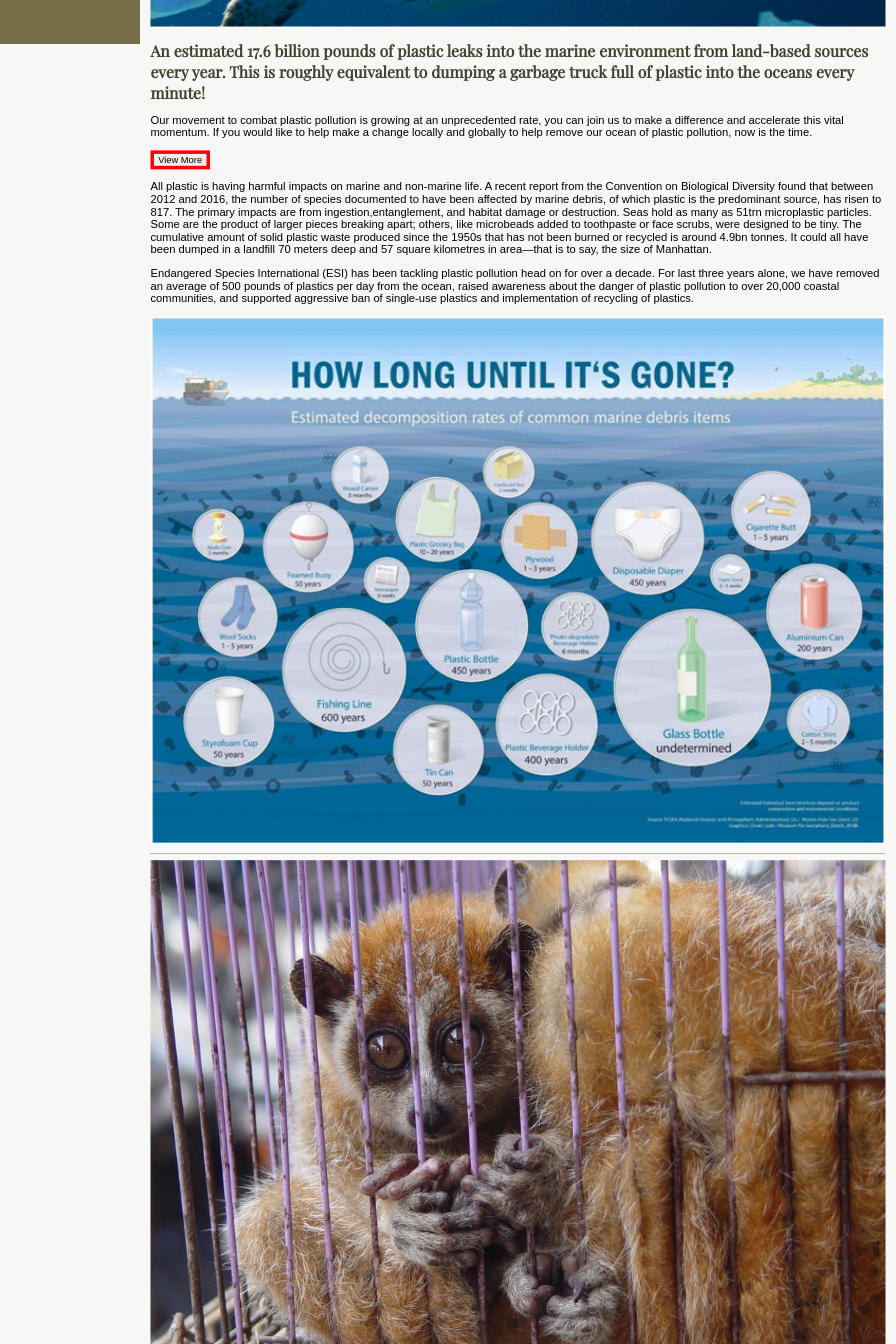
Repository: jlsorgel/smc_WD2_spring20
Page: final/blog.html
An editor plug-in stored every save of this project. The page is shown before and after the next save, followed by the edit.
The browser window is 1280 px wide. The pictures show the part of the page from y = 677 to 2597 px (the page is 4042 px tall before and 2017 px after), at 70% of full size.
After loading, the first visible `#toggle1` was clicked once.
Some web fonts or font styles are not loaded; a fallback is used. Some web libraries are served in a nearby version.

Above is the page before, as saved 2020-06-14 20:03:35.

### final/blog.html
<!DOCTYPE html>
<html lang="en">

<head>
  <meta charset="UTF-8">
  <meta name="viewport" content="width=device-width, initial-scale=1.0">
  <title>Endangered Species International</title>

  <link href="https://fonts.googleapis.com/css2?family=Montserrat|Open+Sans|Playfair+Display|aleway display=swap"
    rel="stylesheet">



  <link rel="stylesheet" href="http://code.jquery.com/ui/1.12.1/themes/base/jquery-ui.css">


  </script>

  <link rel="stylesheet" href="main.css">


  <script src="https://ajax.googleapis.com/ajax/libs/jquery/3.5.1/jquery.min.js"></script>
  <script src="https://code.jquery.com/jquery-1.12.4.js"></script>
  <script src="https://code.jquery.com/ui/1.12.1/jquery-ui.js"></script>



</head>

<body>


  <header>
    <!-- NAV+ HEADER STARTS HERE!!!!! -->



    <div id="side_nav" class="side-nav">
      <a href="javascript:void(0)" class="closebtn" onclick="closeNav()">&times;</a>

      <img class="logo" src="images/logobrown.jpg" alt="ESI Logo">

      <a href="index.html">Home</a>
      <a href="blog.html">Blog</a>
      <a href="about.html">About Us</a>
      <a href="comingsoon.html">Get Involved</a>
      <a href="comingsoon.html">Our Projects</a>


      <a class="donate-link" href="donate.html">Donate</a>
    </div>


    <div class="nav-container">
      <img class="nav-logo" src="images/logobrowncrop.jpg" alt="Esi white logo">
      <span id="openNav"><img src="images/open-menuwhite.png" alt="menu"></span>



    </div>

  </header><!-- END NAV + HEADER END -->










  <!-- BODY CONTENT STARTS HEREE! -->


  <div id="main">

    <div class="blog-container">



      <!-- Blog Post 1 Platic in Ocean -->

      <img class="blog-heroimage" src="images/turtle.jpg" alt="Turtle">
      <h1>An estimated 17.6 billion pounds of plastic leaks into the marine environment from land-based sources every
        year. This is
        roughly equivalent to dumping a garbage truck full of plastic into the oceans every minute! </h1>
      <!-- Our movement to combat plastic pollution is growing at an unprecedented rate -->

      <p class="">Our movement to combat plastic pollution is growing at an unprecedented rate, you can join
        us to make a
        difference and
        accelerate this vital momentum. If you would like to help make a change locally and globally to help remove our
        ocean of
        plastic pollution, now is the time.</p>


      <button id="toggle1"> View More</button>

      <div class="toggle-content">
        <p class="">
          All plastic is having harmful impacts on marine and non-marine life. A recent report from the Convention on
          Biological Diversity found that between 2012 and 2016, the number of species documented to have been affected
          by marine debris, of which plastic is the predominant source, has risen to 817. The primary impacts are from
          ingestion,entanglement, and habitat damage or destruction. Seas hold as many as 51trn microplastic particles.
          Some are the product of larger pieces
          breaking apart; others, like microbeads added to toothpaste or face scrubs, were designed to be tiny. The
          cumulative amount of solid plastic waste produced since the 1950s that has not been burned or recycled is
          around 4.9bn tonnes. It could all have been dumped in a landfill 70 meters deep and 57 square kilometres in
          area—that is to say, the size of Manhattan.
        </p>

        <p>Endangered Species International (ESI) has been tackling plastic pollution head on for over a decade. For
          last three years alone, we have removed an average of 500 pounds of plastics per day from the ocean, raised
          awareness about the danger of plastic pollution to over 20,000 coastal communities, and supported aggressive
          ban of single-use plastics and
          implementation of recycling of plastics.</p>

        <img class="blog-image" src="images/recycle.jpg" alt="Turtle">
      </div>
      <hr>







      <!-- BLOG POST 2! Stop Illegal Wildlife Trading-->

      <img class="blog-heroimage" src="images/illegaltrade.jpg" alt="Illegal Anmial Trading">

      <h1>Stop Illegal Wildlife Trading! </h1>

      <p class="">Illegal selling of endangered species is thriving at local markets, stores, and on the internet around
        the
        world! Over
        the last two years, Endangered Species International documented an outstanding number of endangered species
        sold
        illegally in Africa and Asia. In many cases, live animals are kept in poor conditions under immense stress.
        Threatened
        animals for sale include many species of mammals, amphibians, reptiles, birds, insects, fishes, and corals.
        Prices vary
        from species to species, but can be bought at a very low price at local markets.
      </p>


      <button id="toggle2"> View More</button>

      <div class="toggle-content">

        <p>For example in Asia, a juvenile endangered green sea turtle is sold as a pet for 50 U.S. dollars; in Africa,
          the hand of
          an endangered western gorilla is sold for 6 dollars; and in south America, a rare endemic butterfly is sold
          for 3
          dollars. Despite international laws, animal body parts of protected species are traded around the world. For
          examples,
          body parts of hawksbill turtle shells, shahtoosh shawls from the Tibetan antelope, and furs from rare otters
          in south
          east Asia are found in both black and open markets. Of the estimated 350 million animals and plants being
          traded
          worldwide every year, it is believed that 25% is carried out illegally!
        </p>

        <p>
          Increased use of traditional medicine has also spread drastically the trade of rare species. For example, the
          Asian
          pangolin populations are rapidly declining due to poaching for use in traditional Chinese medicine. The
          illegal animal
          trade favors political corruption, transnational crime, including narcotics and trade in armaments.</p>
        <p>
          With your support, Endangered Species International works in many fronts to save endangered species from the
          illegal
          trade and let them live freely in their environment. We conduct patrols in remote areas (anti-poaching effort)
          where
          endangered species are illegally captured, increase awareness, find livelihood alternatives, and provide
          stronger
          enforcement tools!</p>
        <p>
          Join Endangered Species International to ban illegal trade of endangered animals and plants! They are not for
          sale! </p>

        <img class="blog-image" src="images/recycle.jpg" alt="Turtle">
      </div>
      <hr>








    </div> <!-- end blog content!-->

    <footer>
      <!-- FOOTER STARTS HEREEE -->
      <h1> Donations?</h1>
      <p>Together, with your support, we can protect and save the world most endangered animals that needs urgent
        protection so their populations can recover to a safe and healthy numbers.</p>

    </footer>







  </div>




  <script src="script.js"></script>
</body>

</html>

### final/main.css

@import url(nav.css);

@import url(donate.css);

@import url(blog.css);




:root {
  --lightgreen: rgba(102, 119, 34, 0.39);
  --uglygreen:rgb(117, 109, 72);
  --headercolor:#444130;
  --darkgreen:#28602f;
}





body{
  margin:0;
  background-color: #f7f7f5 ;


}

img{
  width:100%;
}

#main{
  text-align: center;

}




.hero-image{
   width:100%;

}


.hero-desktop{
    display:none;
  }




p {

    font-family: 'Raleway', sans-serif;
    /* text-align: left; */
    font-size: 16px;



}

.home-p p{
    margin-left: 20px;
    margin-right: 20px;

}


p.p-headline{
  font-size: 1.2rem;
  line-height: 1.4;
   text-align: center;
   font-weight:500;
    font-family: 'Playfair Display', serif;
        color: #444130;
}

/* h1{
  font-family: 'Playfair Display', serif;
  text-transform: uppercase;
  font-size: 1.2rem;

} */

button{
  border:5px solid red;
}

#grid-container{
  display: grid;
   grid-gap: 5px;
}

.grid-item img{
  width:100%;
  height: 100%;
  object-fit: cover;

}

.hoverdiv{ /*
    position: absolute;
    z-index: 1;
    display:none;
    top: 5px;
    left: 0px;
    text-align: center;
    font-size: 28px;
    height: 335px;
    width:100%;*/
    background-color: lightgrey;}


    h2{padding-top: 78px;}
























@media(min-width: 768px){

  /*home */

  .hero-image{
    display:none;}

  .hero-desktop {
    display: inline-block;

  }
  .hero-desktop img{
    width:100%;
  }



  #grid-container {
   display: grid;
    grid-gap: 10px;
  grid-template-columns: repeat(2, 1fr);
}

}

footer {
  /* position: fixed; */
  bottom: 0;
  width: 100%;
  background: #756d48;
  text-align: center;
}

footer h1{
  font-family: 'Playfair Display', serif;
  text-transform: uppercase;
  font-size: 1.4rem;

}




@media(min-width: 970px){
  #grid-container {
   display: grid;
  grid-template-columns: repeat(3, 1fr);
  padding-left:25px;
   padding-right:25px;
}

}

### final/nav.css


header{
  background-color: white;


}


.nav-container {
	display: flex;
	align-items: center;
	justify-content: space-between;
    flex-wrap: wrap;
    padding: 20px;
    background-color:  var(--uglygreen);

}


#openNav img{

  width:30px;

}

.nav-logo{
    width: 60px;

   }





.logo{
      width: 100%;
    width: 80%;
    text-align: center;

    margin-top: -30px;
    margin-left: 10%;





}

.side-nav {
  height: 100%;
  width: 0; /* 0 width - change this with JavaScript */
  position: fixed;
  z-index: 1;
  top: 0; /* Stay at the top */
  left: 0;
  background-color: #756d48;
  overflow-x: hidden;
  padding-top: 60px;
  transition: 0.5s;
}

/* The navigation menu links */
.side-nav a {
  padding: 8px 0px 8px 0px;
  text-decoration: none;
  font-size: 25px;
  display: block;
  transition: 0.3s;
  color: white;
  font-family: 'Raleway', serif;
  font-weight: 400;
  text-align: center;
  text-transform: uppercase;
  margin-top:20px;
  /* margin-bottom:10px; */
}





a.donate-link{
  border: 2px solid var(--darkgreen);
      margin-left: 25%;
    margin-right: 25%;
    /* margin-top:20px; */

     border-radius: 4px;

       color:var(--darkgreen);
  background-color: white;
}


.side-nav a:hover {
  color: white;
  background-color: var(--darkgreen);
     margin-left: 25%;
    margin-right: 25%;
}


.side-nav .closebtn {
  position: absolute;
  top: 0;
  right: 25px;
  font-size: 50px;
  margin-left: 50px;
      margin-top: -5px;
}










@media(min-width: 768px){

.logo{
    width: 70%;
    text-align: center;

    margin-top: -30px;
    margin-left: 15%;
  }

  .side-nav a{
       margin-left: 35%;
      margin-right: 35%;
      font-size:30px;
  }

  a.donate-link{
    margin-left: 35%;
      margin-right: 35%;
  }

  .side-nav a:hover {
    color: white;
    background-color: var(--darkgreen);
      margin-left: 35%;
      margin-right: 35%;

  }

  .side-nav .closebtn{
     /* position: absolute;
  top: 0;
  right: 25px;
  font-size: 60px;
  margin-left: 50px;
      margin-top: -5px; */
      right: -230px;

  }

}/* END IPAD! */




@media(min-width: 970px){


  /* The sidenav */
  .side-nav {
    height: 100%;
    width: 200px;
    position: fixed;
    z-index: 1;
    top: 0;
    left: 0;
    /* background-color: #111; */
    overflow-x: hidden;
    padding-top: 20px;
  }

  .side-nav a {
    margin-left: 0%;
    margin-right: 0%;
    font-size: 15px;
}

.side-nav a:hover {
  color: white;
  background-color: var(--darkgreen);
     margin-left: 0%;
    margin-right: 0%;
}


a.donate-link{
  margin-left: 15%;
margin-right: 15%;
}





  .side-nav .closebtn {
  display:none;
  }




.logo {

     width: 80%;
    /* text-align: center; */
    /* display: block; */
    /* margin-top: -30px; */
      /* margin-left: 10%;*/
  margin-top: -12px;
    margin-left: 10%;
    }


#openNav{
  display: none;
}

.nav-container {
    display: none;
}

 /* Page content */
  #main {
    margin-left: 200px; /* Same as the width of the sidenav */
  }

}

### final/donate.css
/* * {
  box-sizing: border-box;
} */

.header-section {

  height: 0;
  padding-bottom: 100%;
  margin: 0 0 2;
  background-image:url('../final/images/elephants2.jpg') ;
  background-position: center center;
  background-size: cover;}


p.headline-donate{
  font-size: 1.2rem;
  line-height: 1.4;
   text-align: center;
   font-weight:500;
  font-family: 'Playfair Display', serif;
  color: #444130;
  margin-left: 5px;
    margin-right: 5px;
}
.donate-hr{
  margin-top: 30px;
  padding-top: 0px;
  margin-bottom: 15px;
  width: 60%;
  border-top: 2px solid var(--lightgreen);
}

/* ----------------------------- */

.donate-container{
    background-color: var(--lightgreen);
    margin-top: 45px;
    margin-bottom: 50px;
    padding-top: 15px;
    padding-bottom: 15px;
}


.donate-container h3{
      font-size: 1.4em;
    font-family: "Raleway";
    color: var(--uglygreen);
    text-transform: uppercase;
}

.donations-p1{
  margin-left: 30px;
  margin-right: 30px;
}

.donations-p2{
  margin-left: 15px;
  margin-right: 15px;
}

/* ----------------------------- */



.donations-image img{


    width: 14rem;
    height: 14rem;
    object-fit:cover;
    padding: 0;
    background: rgba(102, 119, 34, 0.39);;
    border-radius: 50%;
    margin-top: 35px;
}


.donations-image-g img{
  object-position: 1%;
}

.donations-text p{
  margin-top:8px;
}
.donations-text-g p{
  padding-left: 60px;
  padding-right: 60px;
}

.donations-text-c p{
  padding-left: 50px;
  padding-right: 50px;
}
.donations-text-r p{
 padding-left: 0px;
 padding-right: 0px;

}

.donations-text h2{
  font-family: 'Playfair Display';
  color: var(--headercolor);
  padding-top: 0px;
  margin-bottom:0px;
}

.donations-box{
  display:flex;
  justify-content: center;
  align-items: center;
  align-content:center;
  flex-wrap:wrap;
}






/* ----------------------------- */
/* FORM!!!!!!!!!!!!! */


form{
  width:90%;
  margin:auto;
   text-align: left;


}


.donation-amounts{
 text-align: center;
}



 .donation-amounts input[type=radio]{
 	display: none;
}

.donation-amounts label{
	/* position: relative; */
  /* color: #fff; */

  border: 1px solid var(--uglygreen);
  border-radius: 4px;
  color:var(--uglygreen);

	font-size: 26px;
  font-weight:600;
  text-align: center;
	height: 70px;
	line-height: 70px;
	display: inline-block;
  box-sizing: border-box;
  /* margin-bottom:15px; */
  margin:0px 10px 15px 10px ;
  width:40%;


}


.donation-amounts input:checked + label {
	/* border: 3px solid #333; */
  background-color: var(--darkgreen);
  color:white;
  margin-bottom:20px;
}









fieldset{
  margin-bottom: 40px;
  border: 1px solid var(--uglygreen);
}

legend{
  /* text-align:center; */
  font-family: 'play-fair display';
   font-size: 20px;
   font-weight: 600;
  color:var(--headercolor);
  margin-bottom: 20px;
 }

label{
  /* margin-top:15px; */
 font-family: 'raleway';
 text-transform: uppercase;
  color:var(--headercolor);
 font-size: 12px;
     }


input, select {
  width: 100%;
  padding: 12px 20px;
  margin: 8px 0px 15px 0;
  display: block;
  border: 1px solid var(--uglygreen);
  border-radius: 4px;
  box-sizing: border-box;
  text-align: left;
   /* background-color: #f7f7f5 ; */

}

input[type=submit] {
  width: 100%;
  background-color: var(--darkgreen);
  color: white;
  padding: 14px 20px;
  margin: 8px 0;
  border: none;
  border-radius: 4px;
  cursor: pointer;
  text-align: center;
}


input[type=submit] {

   font-family: 'play-fair display';
   font-size: 20px;
   font-weight: 600;
}


input[type=submit]:hover {
  background-color: var(--lightgreen);

}




/* START TABLET HERE! START TABLET HERE! */
@media(min-width: 768px){

p.headline-donate{

  margin-left: 20px;
  margin-right: 20px;
}
.donate-container{

   padding-left: 100px;
    padding-right: 100px;
}

.donate-container h3{
     margin-left: 70px;
    margin-right: 70px;
}

.donations-p1{
   /* margin-left:0;
  margin-right:0;
  text-align: left; */

}

.donations-p2{
  margin-left: 60px;
  margin-right: 60px;

  /* margin-left:0;
  margin-right:0;
  text-align: left; */
}
/* ------- */


  .donations-box{
    justify-content: space-between;
    flex-direction: column;
  }


fieldset{
  margin-bottom: 60px;

}







} /* End Tablet */


/* START Desktop HERE!  START Desktop HERE! */
@media(min-width: 970px){


  .header-section {
  padding-bottom: 50%;
  }


  p.headline-donate{
    font-size: 1.1rem;
    text-align: left;
  }

  p.headline-donate{
  max-width: 965px;
  margin: auto;
  padding-top: 10px;
  font-size: 1.1rem;}




/* 2 floated columns*/

#row{
  max-width:1250px;
  margin:auto;
  padding-left: 100px;
  padding-right:150px;
}
.column {
  float: left;
  padding: 70px;

}

.section-one {
  width: 45%;
}

.section-two{
  width: 40%;
  padding-left: 0px;
    padding-right: 0px;
    /* margin-left:40px; */
}


/* Clear floats  */
#row:after {
  content: "";
  display: table;
  clear: both;
}




  /* ---------- */

 .donate-container{
    padding-left: 0px;
    padding-right: 0px;
    text-align: left;
    margin-top: 80px;
}



  .donations-container{

    width: 100%;
    margin: auto;
    margin-top:-30px;
  }

  .donations-box{
  display:flex;
  flex-direction: row;
  margin-bottom:40px;



  }
  .donations-text{
  flex-basis: 70%;
  flex: 50%;
      padding-left: 40px;


  }

  .donations-image {

    /* flex:30%; */


  }

  .donations-image img{
     width: 10rem;
    height: 10rem;
  }

  .donate-container h3{
    margin-left: 30px;
    margin-right: 70px;
  }


  .donations-text-g p{
     padding-left: 0px;
    padding-right: 80px;
    text-align: left;
    margin-left: 0px;
    margin-right:0px;

}

  .donations-text-c p{
      padding-left: 0px;

      text-align: left;
      margin-left: 0px;
      margin-right:0px;
  }
  .donations-text-r p{
  padding-left: 0px;
  padding-right: 0px;
  text-align: left;
  margin-left: 0px;
  margin-right:0px;
  }

 .donations-text h2{
    text-align: left;
  }
  .donations-p1 {
    margin-left: 30px;
  }

  .donations-p2 {
    margin-left: 30px;
    margin-right: 30px
    ;}



fieldset{
  margin-bottom: 20px;

}

}/* End Desktop */

### final/blog.css
.blog-container{
  margin-left:15px;
  margin-right:15px;
  margin-top:15px;
}

.blog-container{
  text-align: left;
}

.blog-container h1{
  font-family: 'Playfair Display', serif;
  font-size: 1.4rem;
  color:var(--headercolor);
  text-align: left;
  /* padding-right: 40px; */
  padding-right: 17px;
}

/* .blog-container.p{
  text-align:left;
} */

### final/script.js




// $("#openNav").click(function () {

//   $("#side_nav").css({ "background-color": "blue" });

// });




document.getElementById("openNav").onclick = function () { openNav() };


function openNav() {
  document.getElementById("side_nav").style.width = "100%";
}


function closeNav() {
  document.getElementById("side_nav").style.width = "0";
}

$(document).ready(function () {


  // ABOUT SCRIPT !!!!




  $('#btn1').click(function () {
    $('p.para1').toggle('myClass');
  });




  // $('.grid-tem').hover(function () {
  //   $('.hoverdiv h2').mouseover('slow');
  // }, function () {
  //   $('.hoverdiv h2').mouseout('slow');
  // });

  $(".grid-item1").mouseenter(function () {
    $(".hoverdiv").show();
  });
  $(".grid-item1").mouseleave(function () {
    $(".hoverdiv").hide();
  });


  // BLOG SCRIPT BLOG SCRIPT BLOG SCRIPT!!!!


  //Toggle

  $('.toggle-content').hide();
  $('#toggle1').click(function () {
    $('.toggle-content').slideToggle('slow');

  });






  // donate SCRIPT!!!!


  $('form').submit(function (event) {
    event.preventDefault();
  });





  $('#donatemessage').hide();
  $('#submitbtn').on('click', function (e) {
    e.preventDefault();
    $('.donate-form').hide();
    $('#donatemessage').show().dialog();
  });








});

After the next save:
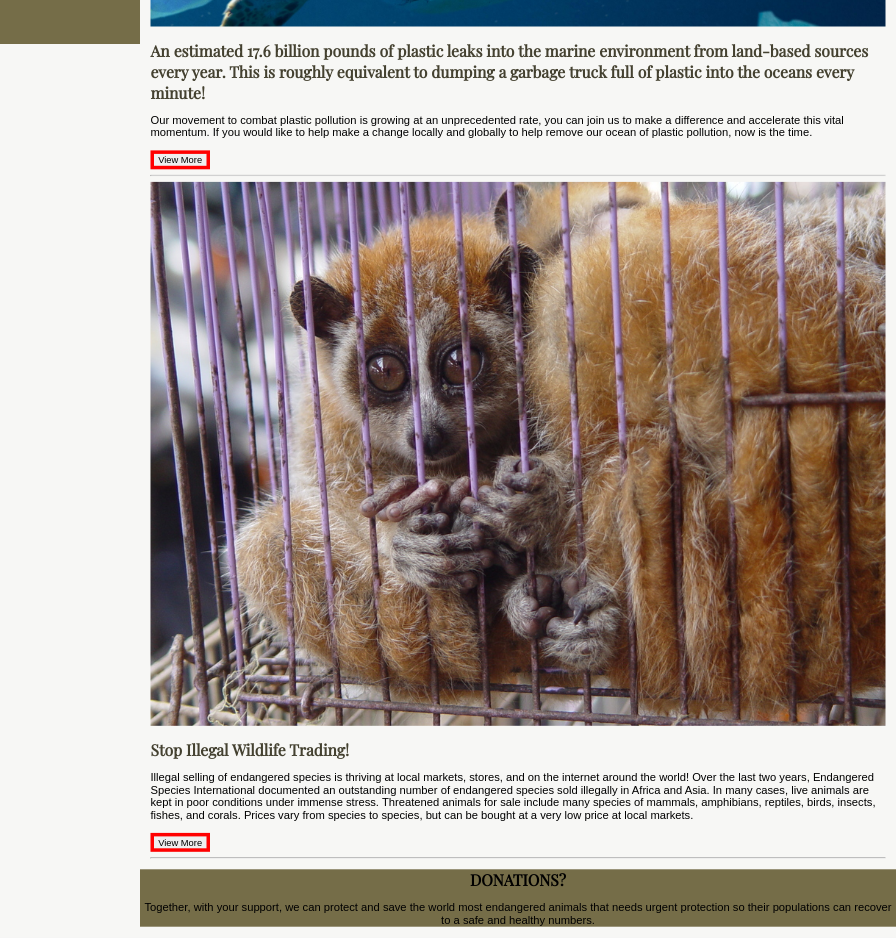
Saved 2 min 52 s later.
--- a/final/blog.html
+++ b/final/blog.html
@@ -85,7 +85,7 @@
       <h1>An estimated 17.6 billion pounds of plastic leaks into the marine environment from land-based sources every
         year. This is
         roughly equivalent to dumping a garbage truck full of plastic into the oceans every minute! </h1>
-      <!-- Our movement to combat plastic pollution is growing at an unprecedented rate -->
+
 
       <p class="">Our movement to combat plastic pollution is growing at an unprecedented rate, you can join
         us to make a
@@ -95,7 +95,7 @@
         plastic pollution, now is the time.</p>
 
 
-      <button id="toggle1"> View More</button>
+
 
       <div class="toggle-content">
         <p class="">
@@ -118,6 +118,8 @@
 
         <img class="blog-image" src="images/recycle.jpg" alt="Turtle">
       </div>
+
+      <button id="toggle1"> View More</button>
       <hr>
 
 
--- a/final/script.js
+++ b/final/script.js
@@ -63,6 +63,14 @@
 
   });
 
+  $('.toggle-content').hide();
+  $('#toggle1').click(function () {
+    $('.toggle-content').slideToggle('slow');
+
+  });
+
+
+
 
 
 
